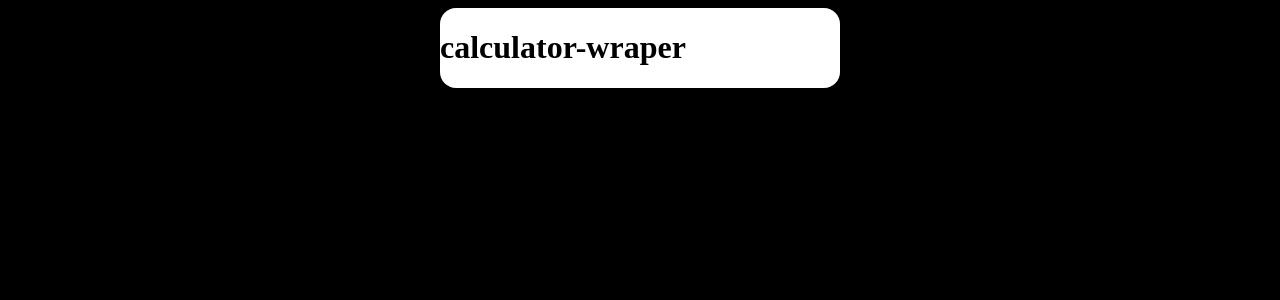
Repository: rajratangm/xcalculator
Page: /
These files come from the project's save history. The page is drawn as it stood at one moment and after the next save; the edit follows.
The browser window is 1280 px wide. The pictures show the whole page.
The project was rebuilt for these pictures with package versions that can differ from the ones it lists, and the page was loaded fresh each time. Also part of the build but not shown: vite.config.js, src/Component/Button/Button.css, src/Component/Keyboard.jsx.

Above is the page before, as saved 2024-04-02 18:51:43.

### src/App.jsx
import { useState } from 'react'
import Button from './Component/Button/Button'

import './App.css'
import Keyboard from './Component/Keyboard'

function App() {


  return (
    <div className='App'>

    <div className='calculator-wrapper'>
    <h1>calculator-wraper</h1>
    <Button/>
    </div>

    </div>
  )
}

export default App

### src/Component/Button/Button.jsx
import './Button.css'


const Button=()=>{
    return <div>

    </div>
}

export default Button

### src/App.css
body{
  background-color: black;

}

.App{
  display: flex;
  justify-content: center;
  align-items: center;
}

.calculator-wrapper{
  background-color:white;
  width:400px;
  border-radius: 16px;

}

Loaded but not shown: index.html (common file); src/main.jsx (common file)

After the next save:
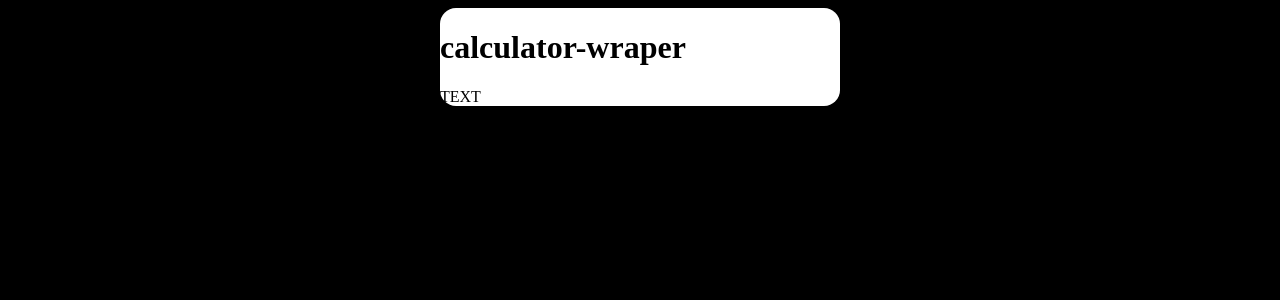
Saved 23 s later.
--- a/src/Component/Button/Button.jsx
+++ b/src/Component/Button/Button.jsx
@@ -3,7 +3,7 @@ import './Button.css'
 
 const Button=()=>{
     return <div>
-
+TEXT
     </div>
 }
 
